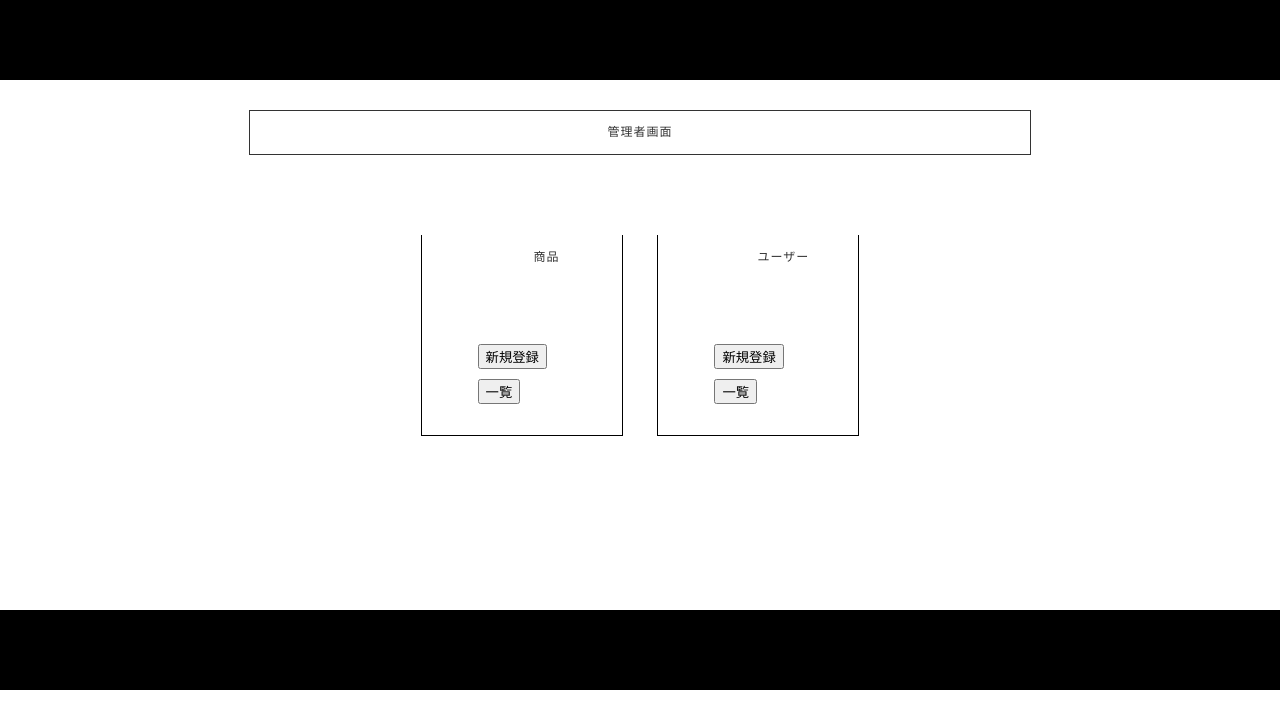
Repository: hiraide8/test
Page: http://localhost/ecsite/admin.jsp
These files come from the project's save history. The page is drawn as it stood at one moment and after the next save; the edit follows.
The browser window is 1280 px wide. The pictures show the whole page.
The page is served by Tomcat 9.

Above is the page before, as saved 2019-01-23 11:57:09.

After the next save:
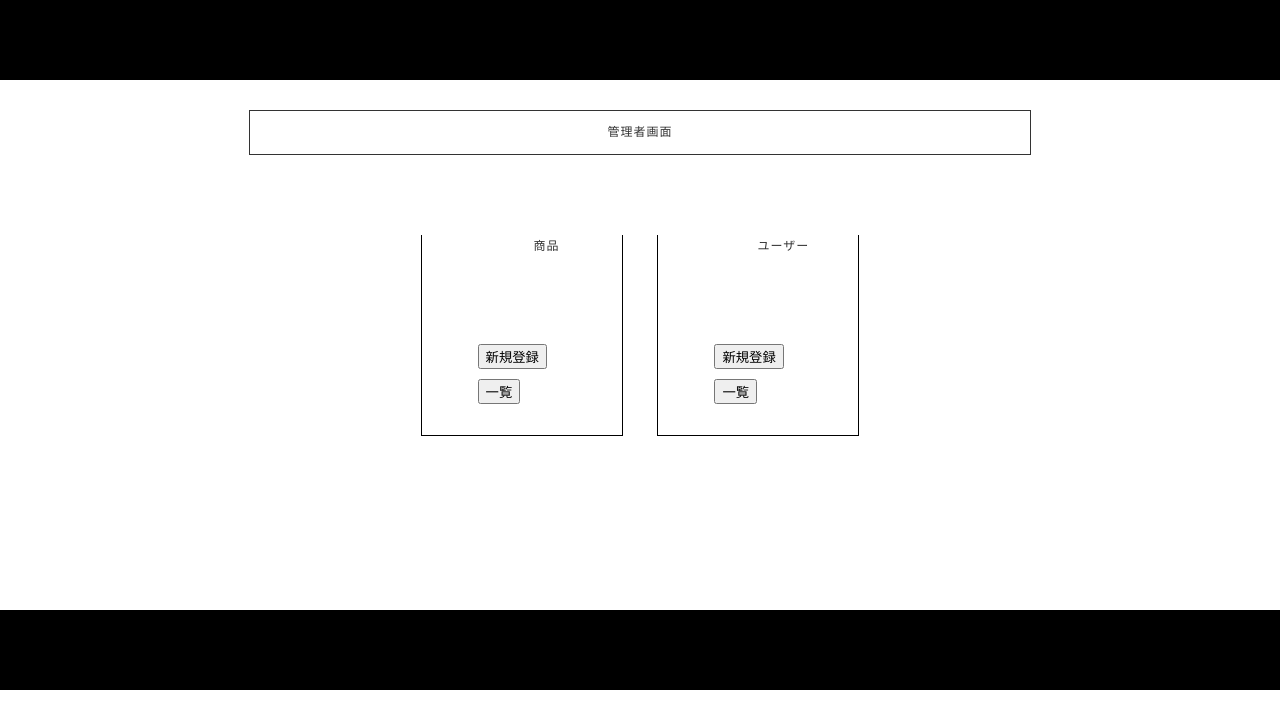
Saved 14 s later.
--- a/ecsite/WebContent/admin.jsp
+++ b/ecsite/WebContent/admin.jsp
@@ -65,7 +65,7 @@
                 }
                 .bbb{
                   position:relative;
-                  top:1px;
+                  top:-10px;
                   left:25px;
                 }
        </style>
